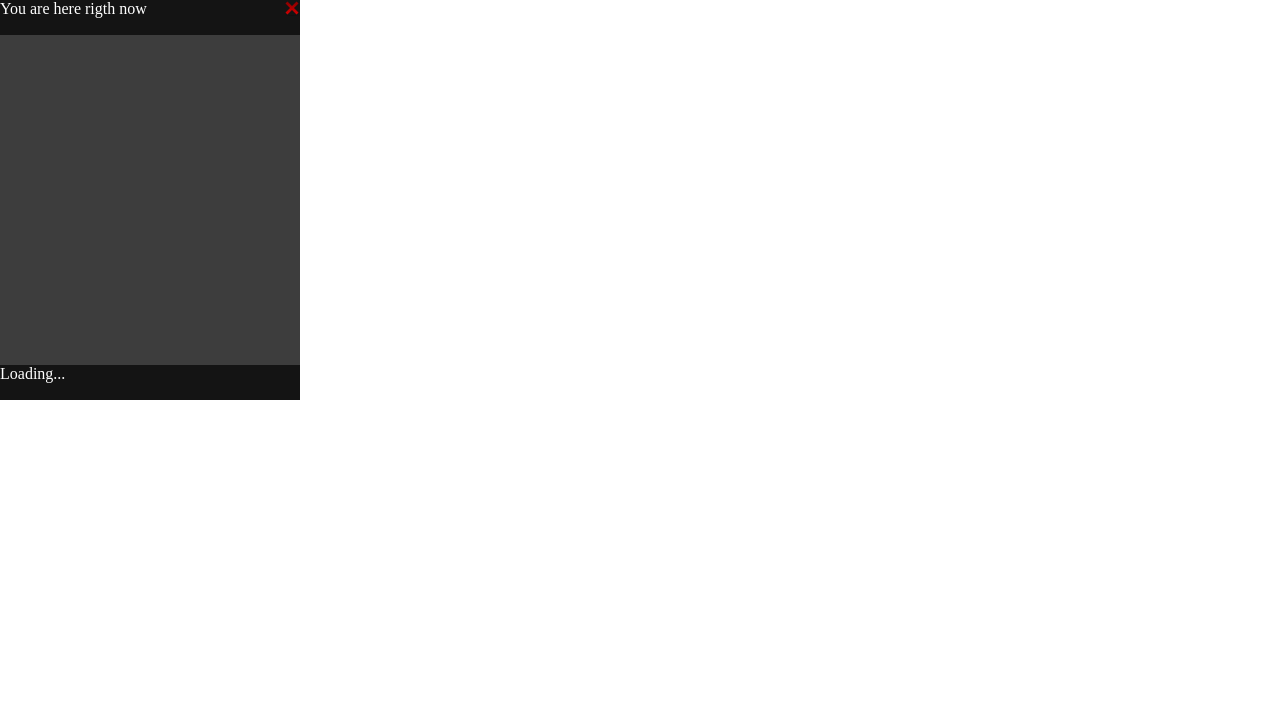
Repository: KevinUd2014/Kn222gn-laborations-Repo-1dv403
Page: 5-PWD-Projektet/Index.html
The author's editor kept a record of every edit. The page is drawn from the files as they stood at one moment, then again after the next edit.
The browser window is 1280 px wide. The pictures show the whole page.

Above is the page before.

After the next edit:
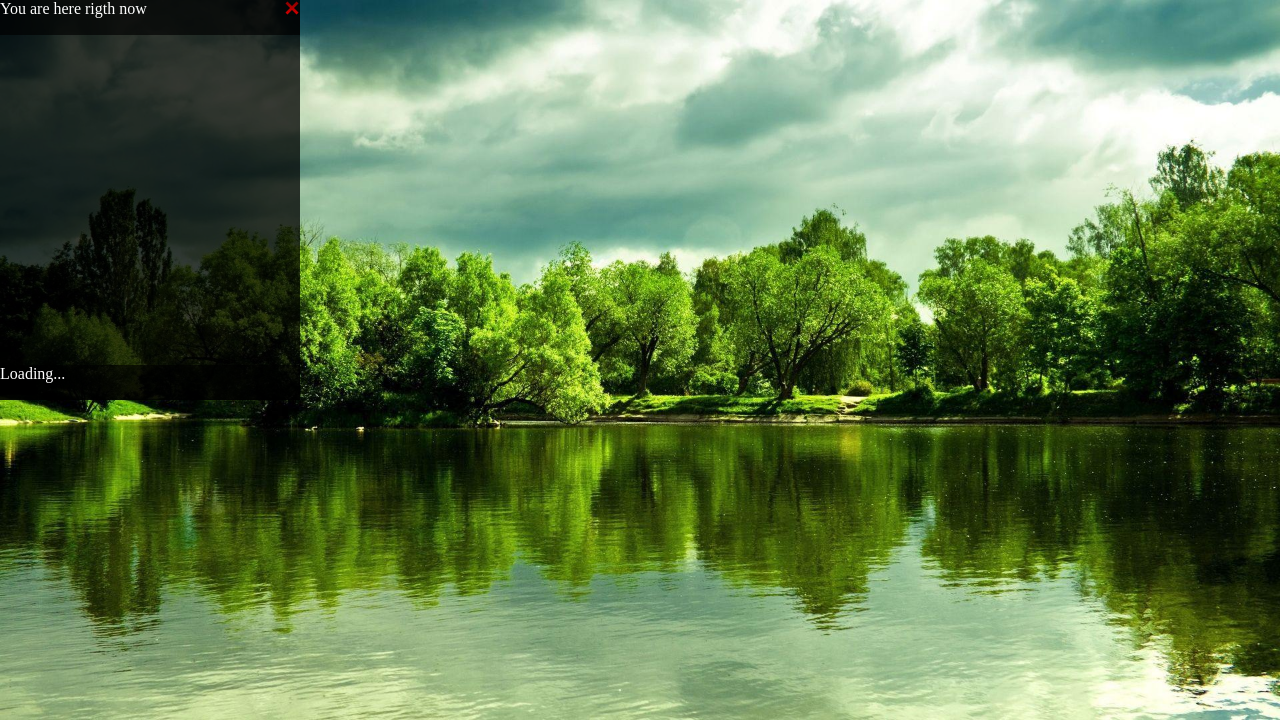
The edit:
--- a/5-PWD-Projektet/Index.html
+++ b/5-PWD-Projektet/Index.html
@@ -7,6 +7,7 @@
     </head>
     <body>
 
+        <div class="Desktop">
             <!--<template id="Template">-->
 
                 <div class="Window">
